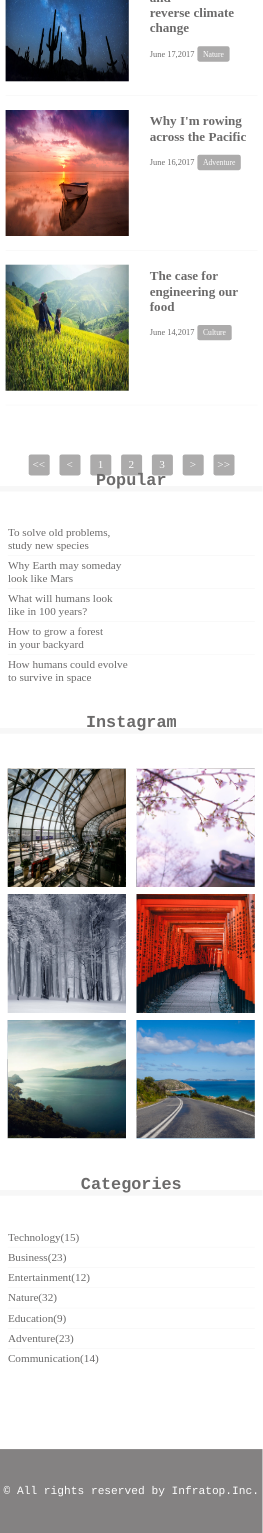
Repository: Kaori199701/-1
Page: caravan/index.html
The author's editor kept a record of every edit. The page is drawn from the files as they stood at one moment, then again after the next edit.
The browser window is 375 px wide. The pictures show the part of the page from y = 813 to 3053 px (the page is 3003 px tall before and 3053 px after), at 70% of full size.
Some web libraries are served in a nearby version.

Above is the page before.

### caravan/index.html
<!DOCTYPE html>
<html lang="ja">
  <head>
    <meta charset="UTF-8" />
    <meta name="viewport" content="width=device-width,initial-scale=1.0">
    <!-- FontAwesomeの読み込み -->
    <script src="https://kit.fontawesome.com/28849d95ea.js" crossorigin="anonymous"></script>

    <!-- CSSファイルの読み込み -->
    <link rel="stylesheet" href="style.css" />
    <title>CARAVAN</title>
  </head>

  <body>
     <!-- header -->
    <header>
      <hi class="heading">
        <a href="index.html">
          CARAVAN
        </a>
      </hi>

      <div class="social">
         <i class="fab fa-facebook-square"></i>
         <i class="fab fa-twitter-square"></i>
         <i class="fab fa-instagram"></i>
      </div>
    </header>

    <! --navigation-->
    <nav>
      <ul class="nav-list">
        <li class="nav-list-item">
          <a href="index.html">Home</a>
        </li>
        <li class="nav-list-item">About</li>
        <li class="nav-list-item">Topic</li>
      </ul>
    </nav>

     <!-- main-visual用のdiv -->
     <div class="main-visual">
       <div class="main-visual-content">
       <!-- pタグ（と文字）を追加 -->
        <p class="main-visual-text">
         The world is a book<br />
         and those who do not travel<br />
         read only one page.
        </p>
        <p class="main-visual-name">
         St. Augustine
        </p>
       </div>
     </div>

     <!-- main用のdiv -->
     <main>
       <!-- ブログ(左側) -->
       <section class="blog">
        <h2 class="blog-heading">Recent Blogs</h2>

        <div class="blog-box">

         <!-- 1コ目の記事-->
         <div class="blog-item">
           <img class="blog-image" src="img/forest.jpg">
           <section class="blog-text">
             <h3 class="blog-text-heading">
               <a href="single.html">
                Hopeful lessons from<br>
                the battle to save<br>
                rainforests
               </a>
             </h3>
             <p class="blog-date">June 19,2017</p>
             <span class="category">Nature</span>
           </section>
          </div>

         <!-- 2コ目の記事-->
          <div class="blog-item">
           <img class="blog-image" src="img/desert.jpg">
           <section class="blog-text">
             <h3 class="blog-text-heading">
               <a href="single.html">
                How to fight<br>
                desertification and<br>
                reverse climate change
               </a>
             </h3>
             <p class="blog-date">June 17,2017</p>
             <span class="category">Nature</span>
           </section>
          </div>

        <!-- 3コ目の記事-->
         <div class="blog-item">
           <img class="blog-image" src="img/sunset.jpg">
           <section class="blog-text">
             <h3 class="blog-text-heading">
               <a href="single.html">
                Why I'm rowing<br>
                across the Pacific
               </a>
             </h3>
             <p class="blog-date">June 16,2017</p>
             <span class="category">Adventure</span>
           </section>
         </div>

        <!-- 4コ目の記事-->
         <div class="blog-item">
           <img class="blog-image" src="img/asia.jpg">
           <section class="blog-text">
             <h3 class="blog-text-heading">
               <a href="single.html">
                 The case for<br>
                 engineering our food
               </a>
             </h3>
             <p class="blog-date">June 14,2017</p>
             <span class="category">Culture</span>
           </section>
          </div>
         </div>
         <div class="pagination">
            <p><<</p>
            <p><</p>
            <p>1</p>
            <p>2</p>
            <p>3</p>
            <p>></p>
            <p>>></p>
         </div>
       </section>

       <!-- サイドバー(右側) -->
       <div class="sidebar">
        <selection class="popular">
          <h2 class="popular-heading common-heading">Popular</h2>
           <div class="sidebar-contents">
             <p class="popular-text">To solve old problems,<br>study new species</p>
             <p class="popular-text">Why Earth may someday<br>look like Mars</p>
             <p class="popular-text">What will humans look<br>like in 100 years?</p>
             <p class="popular-text">How to grow a forest<br>in your backyard</p>
             <p class="popular-text">How humans could evolve<br>to survive in space</p>
           </div>
        </selection>

        <selection class="instagram">
          <h2 class="instagram-heading common-heading">Instagram</h2>
           <div class="sidebar-contents">
             <div class="instagram-box"></div>
             <div class="instagram-box"></div>
             <div class="instagram-box"></div>
             <div class="instagram-box"></div>
             <div class="instagram-box"></div>
             <div class="instagram-box"></div>
           </div>
        </selection>

        <section class="categories">
          <h2 class="categories-heading common-heading">Categories</h2>
           <div class="sidebar-contents">
             <p class="categories-text">Technology(15)</p>
             <p class="categories-text">Business(23)</p>
             <p class="categories-text">Entertainment(12)</p>
             <p class="categories-text">Nature(32)</p>
             <p class="categories-text">Education(9)</p>
             <p class="categories-text">Adventure(23)</p>
             <p class="categories-text">Communication(14)</p>
           </div>
        </selection>

       </div>
     </main>

     <!-- footer -->
     <footer>
       <p class="footer-text">© All rights reserved by Infratop.Inc.</p>
     </footer>
   </body>
</html>

### caravan/style.css
/* ブラウザがそれぞれ持っているCSSをリセットするための記述 */
* {
  margin: 0;
  padding: 0;
  box-sizing: border-box;
  color: #6c6b6b;
}

a {
  text-decoration: none;
}

header, nav, h2, .main-visual, footer {
  font-family: Chalkduster, "Bradley Hand", Courier, "Segoe Print", sans-serif;
}

header {
  width: 90%; /* 横幅90% */
  padding: 15px 0;
  margin: 0 auto;
  text-align: center;
  position: relative; /* #socialの基準位置を相対位置へ変更する */
}

.social {
  position: absolute; /* headerの左上を基準に絶対位置で指定する */
  top: 22px; /* headerの左上から22px下側へ移動する */
  right: 22px; /* headerの右上から22px左側へ移動する */
}

.social i {
  display: inline-block;
  margin-left: 20px;
}

header.heading {/* headerタグ内のheadingクラスにのみ反映される */
  font-size: 32px;
}

.nav-list {
  text-align: center;
  padding: 10px 0;
  margin: 0 auto;
}

.nav-list-item {
  list-style: none;
  display: inline-block;
  margin: 0 20px;
}


.main-visual {
  width: 100%; /* 横幅いっぱい */
  height: 300px; /* 高さ300px */
  background-image: url(img/mv.jpg);
  background-size: cover;/* 縦横比を維持したまま背景領域を埋め尽くす */
  background-position:center;/* 背景画像を中央に配置 */
}

.main-visual-content {
  width: 40%; /* 横幅40% */
  height: 300px; /* 親の高さに揃える */
  background-color: rgba(0,0,0,0.5);/* 背景色を半透明の黒にする */
  text-align: center; /* 文字を中央揃えにする */
  padding-top: 105px;/* 上側の内側余白で垂直方向の位置を調整(上105px空白にする) */
}

.main-visual-text {
  color: #fff; /* 文字色を白に変更 */
}

.main-visual-name {
  margin-top: 30px; /* 上側の外側の余白 */
  color: #fff; /* 文字色を白に変更 */
}


main {
  width: 800px; /* 横幅800px */
  display: flex; /* Flexboxの利用 */
  justify-content: center; /* 要素の横並び・中央寄せ */
  margin: 0 auto; /* 要素の中央揃え */
  padding: 70px 0; /* 上下に70px、左右に0pxの内側余白 */
}

.blog {
  width: 540px;
  margin-right: 30px;/* 領域の右側余白30px*/

}

.blog-heading {
  border-bottom: 8px solid #f7f7f7;
  text-align: center;
  line-height: 0.6;
}

.blog-box {
  padding-top: 50px;
}

.blog-item {
  padding-bottom: 20px;
  margin-bottom: 20px;
  border-bottom: 1px solid #f7f7f7;
  display: flex; /* Flexboxの利用 */
  justify-content: flex-start;
}

.blog-image{
  height: 180px;
}

.blog-text {
  padding: 25px 0 0 30px;
}

.blog-text-heading {
  padding-bottom: 15px;
}

.blog-date {
  font-size: 12px;
  display: inline-block;
}

.category {
  display: inline-block;
  padding: 5px 8px;
  background-color: #acabab;
  border-radius: 3px;
  color: #fff;
  font-size: 11px;
}

.pagination {
  text-align: center;
  padding-top: 50px;
}

.pagination p {
  display: inline-block;
  width: 30px;
  height: 30px;
  margin: 0 5px;
  color: #fff;
  background-color: #acabab;
  border-radius: 3px;
  line-height: 30px;
}


.sidebar {
  width: 230px;
}

.common-heading {
  border-bottom: 8px solid #f7f7f7;
  text-align: center;
  line-height: 0.6;
}

.sidebar-contents {
  padding: 50px 0;
}

.popular-text,
.categories-text {
  padding-bottom: 5px;
  border-bottom: 1px solid #f7f7f7;
  margin-bottom: 5px;
}

.popular-text:last-child,
.categories-text:last-child {
  margin: 0;
  padding: 0;
  border: none;
}

.instagram .sidebar-contents {
  display: flex;
  flex-wrap: wrap;
}

.instagram-box {
  width: 110px;
  padding-top: 110px;
  background-size: cover;
  background-position: center;
  margin-bottom: 10px;
}

.instagram-box:nth-child(odd) {
  margin: 0 10px 10px 0;
}

.instagram-box:nth-child(1) {
  background-image: url(img/airport.jpg);
}

.instagram-box:nth-child(2) {
  background-image: url(img/japan.jpg);
}

.instagram-box:nth-child(3) {
  background-image: url(img/snow.jpg);
}

.instagram-box:nth-child(4) {
  background-image: url(img/japan2.jpg);
}

.instagram-box:nth-child(5) {
  background-image: url(img/lake.jpg);
}

.instagram-box:nth-child(6) {
  background-image: url(img/road.jpg);
}



footer {
  width: 100%; /* 横幅いっぱい */
  height: 120px; /* 高さ120px */
  text-align: center;
  line-height: 120px;
  background-color: #848282;
}

.footer-text {
  color: #fff;
}


@media screen and (max-width: 425px) {
  header {
    width: 100%;
  }

  .nav-list {
    width: 100%;
  }

  .av-list-item {
    width: 100%;
    margin: 0 0 10px 0;
  }

 .social {
    display: none;
  }

  .main-visual-content {
    width: 100%;
  }

  main {
    width: 100%;
    display: block;
  }

  .blog {
    width: 100%;
    margin: 0;
  }

.blog-box {
  padding-left: 2%;
  padding-right: 2%;
}

.blog-image{
  width: 49%;
}

.blog-text {
  width: 49%;
  padding-top: 5px;
}

.sidebar {
  width: 100%;
}

.sidebar-contents {
  padding-left: 3%;
  padding-right: 3%;
}

.instagram-box {
  width: 48%;
  padding-top: 48%;
}

.instagram-box:nth-child(odd) {
  margin-right: 4%;
}

footer {
  width: 100%; /* 横幅いっぱい */
  height: 120px; /* 高さ120px */
  text-align: center;
  line-height: 120px;
  background-color: #848282;
}

.footer-text {
  color: #fff;
}


}

After the next edit:
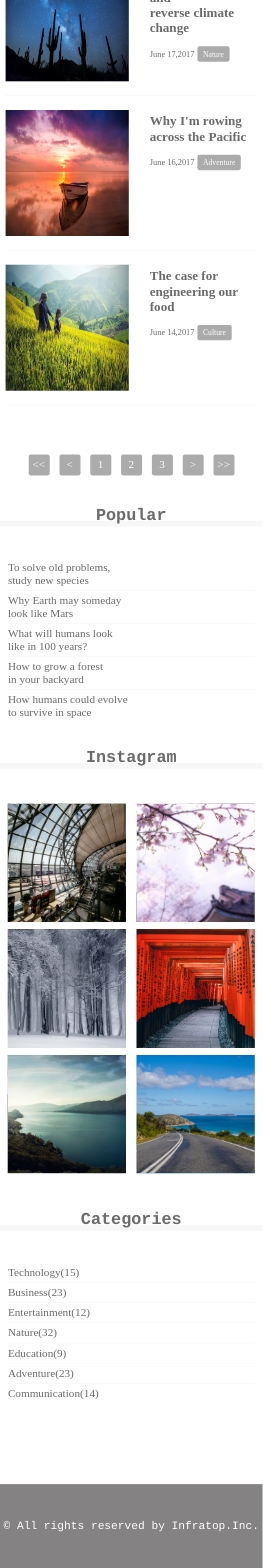
The edit:
--- a/caravan/style.css
+++ b/caravan/style.css
@@ -311,5 +311,7 @@
   color: #fff;
 }
 
-
-}
+.pagination {           /* 一番最後ではなくここに入れてみる*/
+  margin-bottom: 50px;
+}
+}
